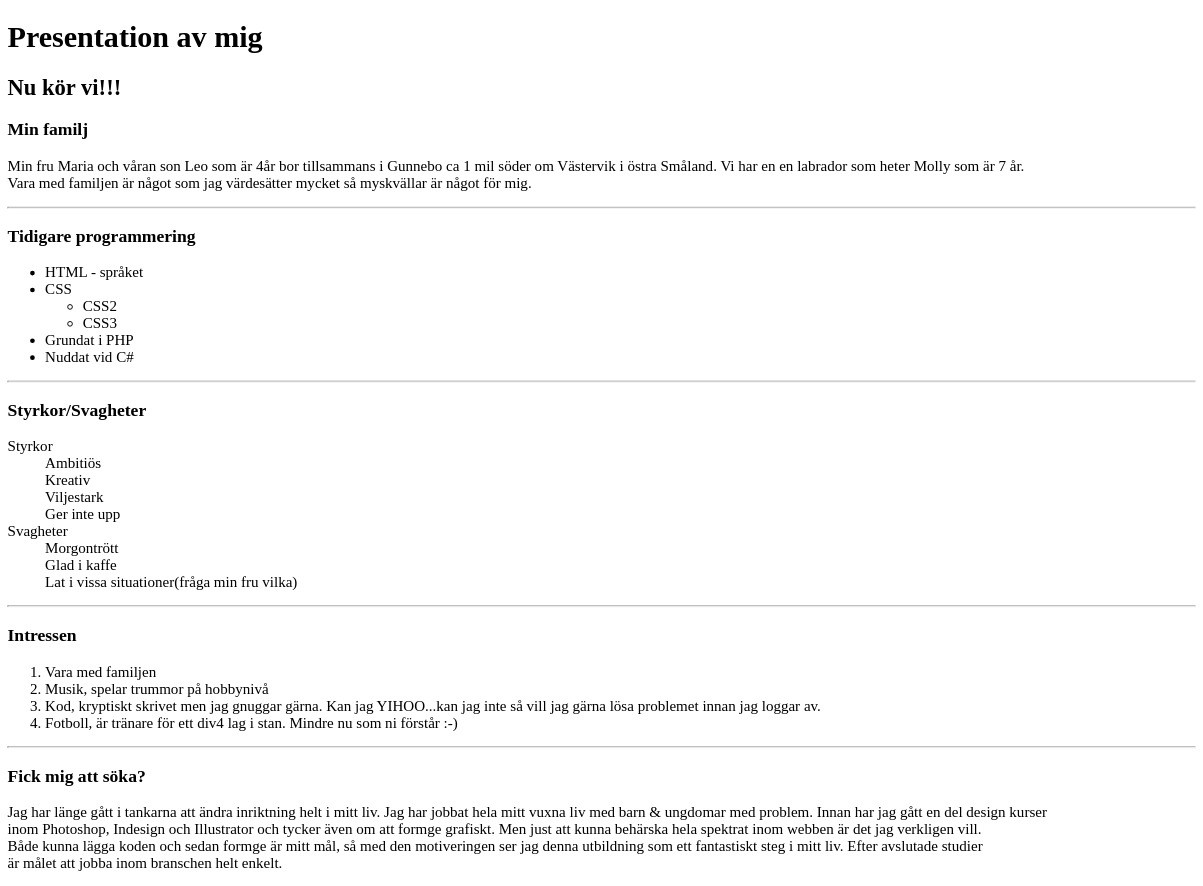
Repository: jt222ia/1ik415-jt222ia-laborationer
Page: pages/presentation.html
The author's editor kept a record of every edit. The page is drawn from the files as they stood at one moment, then again after the next edit.
The browser window is 1280 px wide. The pictures show the whole page, at 94% of full size.

Above is the page before.

### pages/presentation.html
<!DOCTYPE html>
<html>
    <head>
        <meta charset="utf-8" />
        <title>Min presentations sida</title>
    </head>

    <body>

    <!-- Nu börjar jag presentationen av mig :-) -->

    <h1>Presentation av mig</h1>

        <h2>Nu kör vi!!!</h2>

            <h3>Min familj</h3>
                    <p> Min fru Maria och våran son Leo som är 4år bor tillsammans i Gunnebo ca 1 mil söder om Västervik i östra Småland.
                    Vi har en en labrador som heter Molly som är 7 år. <br />
                    Vara med familjen är något som jag värdesätter mycket så myskvällar är något för mig.
                    </p>
                    <hr />

            <h3>Tidigare programmering</h3>
                    <ul>
                        <li>HTML - språket</li>
                        <li>CSS
                            <ul>
                                <li>CSS2</li>
                                <li>CSS3</li>
                            </ul>
                        </li>
                        <li>Grundat i PHP</li>
                        <li>Nuddat vid C#</li>
                    </ul>
                    <hr />

            <h3>Styrkor/Svagheter</h3>
                    <dl>
                        <dt>Styrkor</dt>
                            <dd>Ambitiös</dd>
                            <dd>Kreativ</dd>
                            <dd>Viljestark</dd>
                            <dd>Ger inte upp</dd>

                        <dt>Svagheter</dt>
                            <dd>Morgontrött</dd>
                            <dd>Glad i kaffe</dd>
                            <dd>Lat i vissa situationer(fråga min fru vilka)</dd>
                    </dl>
                    <hr />

            <h3>Intressen</h3>
                        <ol>
                          <li>Vara med familjen</li>
                          <li>Musik, spelar trummor på hobbynivå</li>
                          <li>Kod, kryptiskt skrivet men jag gnuggar gärna. Kan jag YIHOO...kan jag inte så vill jag gärna lösa problemet innan jag loggar av.</li>
                          <li>Fotboll, är tränare för ett div4 lag i stan. Mindre nu som ni förstår :-)</li>
                        </ol>
                    <hr />

            <h3>Fick mig att söka?</h3>
                    <p>Jag har länge gått i tankarna att ändra inriktning helt i mitt liv. Jag har jobbat hela mitt vuxna liv med barn & ungdomar med problem.
                        Innan har jag gått en del design kurser<br /> inom Photoshop, Indesign och Illustrator och tycker även om att formge grafiskt. Men just att kunna behärska
                        hela spektrat inom webben är det jag verkligen vill.<br /> Både kunna lägga koden och sedan formge är mitt mål, så med den motiveringen ser jag denna utbildning
                        som ett fantastiskt steg i mitt liv. Efter avslutade studier<br /> är målet att jobba inom branschen helt enkelt.
                    </p>

     <!-- Nu avslutar jag presentationen av mig. Hoppas det var trevlig läsning -->

    </body>
</html>

After the next edit:
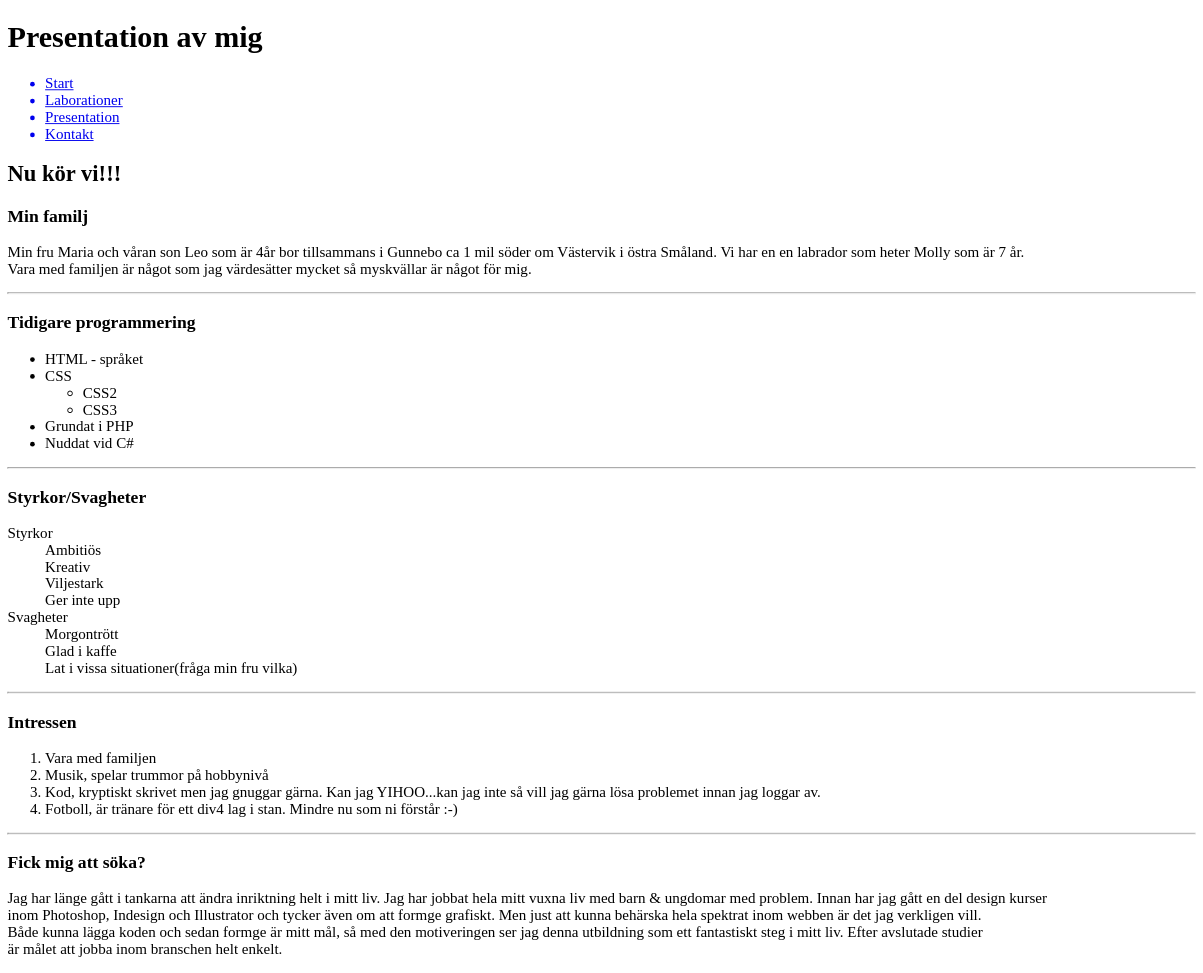
The edit:
--- a/pages/presentation.html
+++ b/pages/presentation.html
@@ -10,6 +10,13 @@
     <!-- Nu börjar jag presentationen av mig :-) -->
 
     <h1>Presentation av mig</h1>
+
+         <ul>
+                    <a href="index.html"><li>Start</li></a>
+                    <a href="pages/laborationer.html"><li>Laborationer</li></a>
+                    <a href="presentation.html"><li>Presentation</li></a>
+                    <a href="kontakt.html"><li>Kontakt</li></a>
+                </ul>
 
         <h2>Nu kör vi!!!</h2>
 
